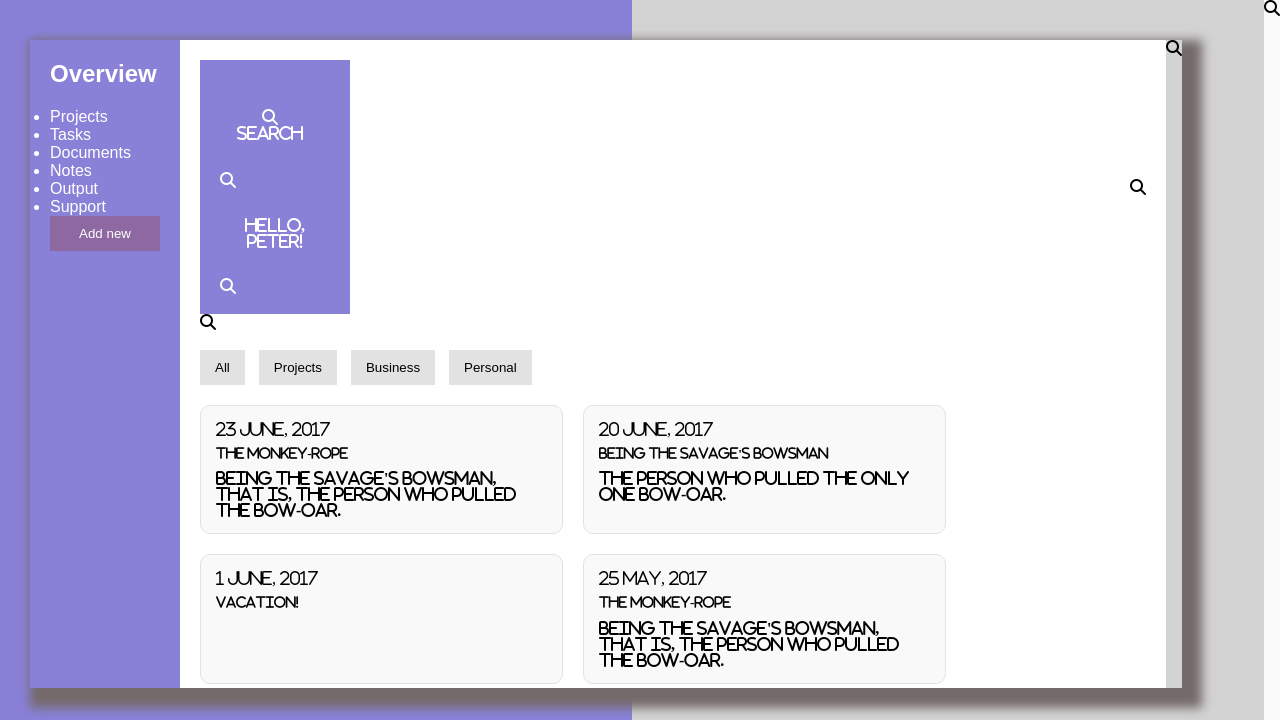
Repository: SatenikGabrielyan/HTML_CSS-_Assignment
Page: index.html
An editor plug-in stored every save of this project. The page is shown before and after the next save, followed by the edit.
The browser window is 1280 px wide. The pictures show the whole page.
An inner scrolling area shows only its first screen. Some web libraries are served in a nearby version.

Above is the page before, as saved 2025-03-17 20:31:22.

After the next save:
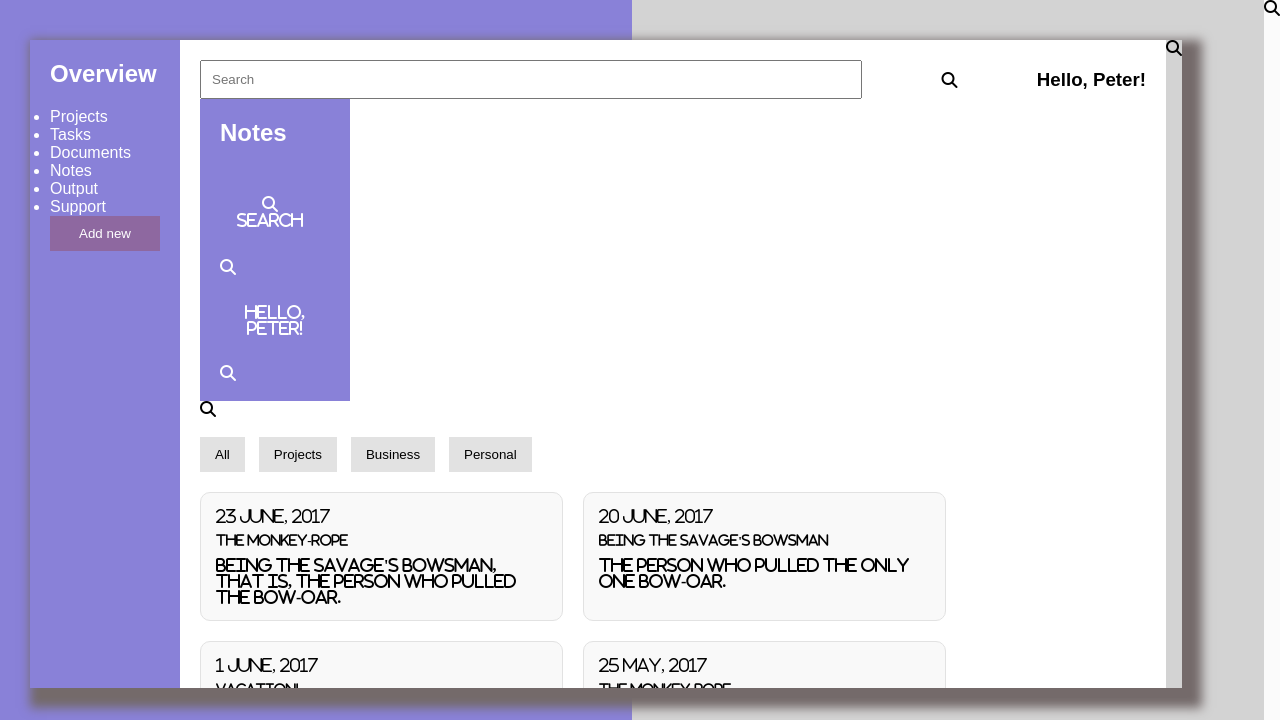
Saved 14 s later.
--- a/index.html
+++ b/index.html
@@ -75,19 +75,19 @@
 
     <main class="main-content">
        <div class="header">
-            <!-- <input type="text" placeholder="Search"><i class="fas fa-search"></i>
-            <h3>Hello, Peter!</h3> -->
-
+            <input type="text" placeholder="Search"><i class="fas fa-search"></i>
+            <h3>Hello, Peter!</h3>
+    </div>
          <nav class="sidebar">
-             <!-- <div class="sidebar-header">
+             <div class="sidebar-header">
               <h2>Notes</h2>
-            </div> -->
+            </div>
             <ul class="sidebar-list">
             <li class="about"><a href="#search"><i class="fas fa-search"> Search</a></li>
             <li class="about" style="float:right"><a class="active" href="#about">Hello, Peter!</a></li>
             </ul>
           </nav>
-        </div>
+
         <div class="tabs">
             <button>All</button>
             <button>Projects</button>
